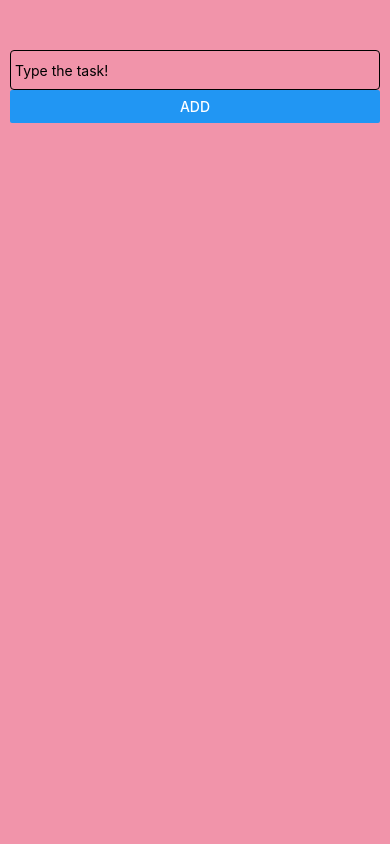
Repository: md-ateeq/ToDoApp
Screen: /
An editor plug-in stored every save of this project. The screen is shown before and after the next save, followed by the edit.
The app was drawn by React Native's web renderer in a window 390 px wide. The project was rebuilt for these pictures with package versions that can differ from the ones it lists, and the page was loaded fresh each time.

Above is the screen before, as saved 2019-09-20 18:25:41.

After the next save:
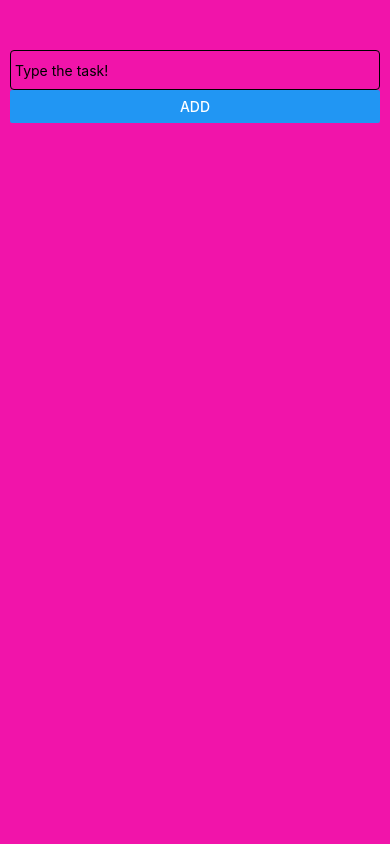
Saved 8 s later.
--- a/App.js
+++ b/App.js
@@ -29,7 +29,7 @@
 
   render() {
     return (
-      <View style={{padding: 10, backgroundColor: '#f194aa', flex: 1}}>
+      <View style={{padding: 10, backgroundColor: '#f114aa', flex: 1}}>
         <TextInput
           style={{height: 40, marginTop: 40, borderWidth: 1, borderRadius: 4, padding: 4}}
           placeholder="Type the task!"

After the 2 saves that followed:
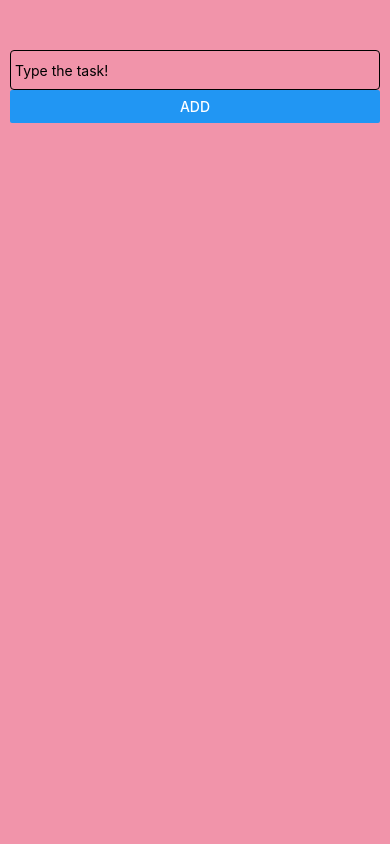
The 2 saves are shown as one change because they came seconds apart.
The last was saved 6 s later.
--- a/App.js
+++ b/App.js
@@ -29,7 +29,7 @@
 
   render() {
     return (
-      <View style={{padding: 10, backgroundColor: '#f114aa', flex: 1}}>
+      <View style={{padding: 10, backgroundColor: '#f194aa', flex: 1}}>
         <TextInput
           style={{height: 40, marginTop: 40, borderWidth: 1, borderRadius: 4, padding: 4}}
           placeholder="Type the task!"
